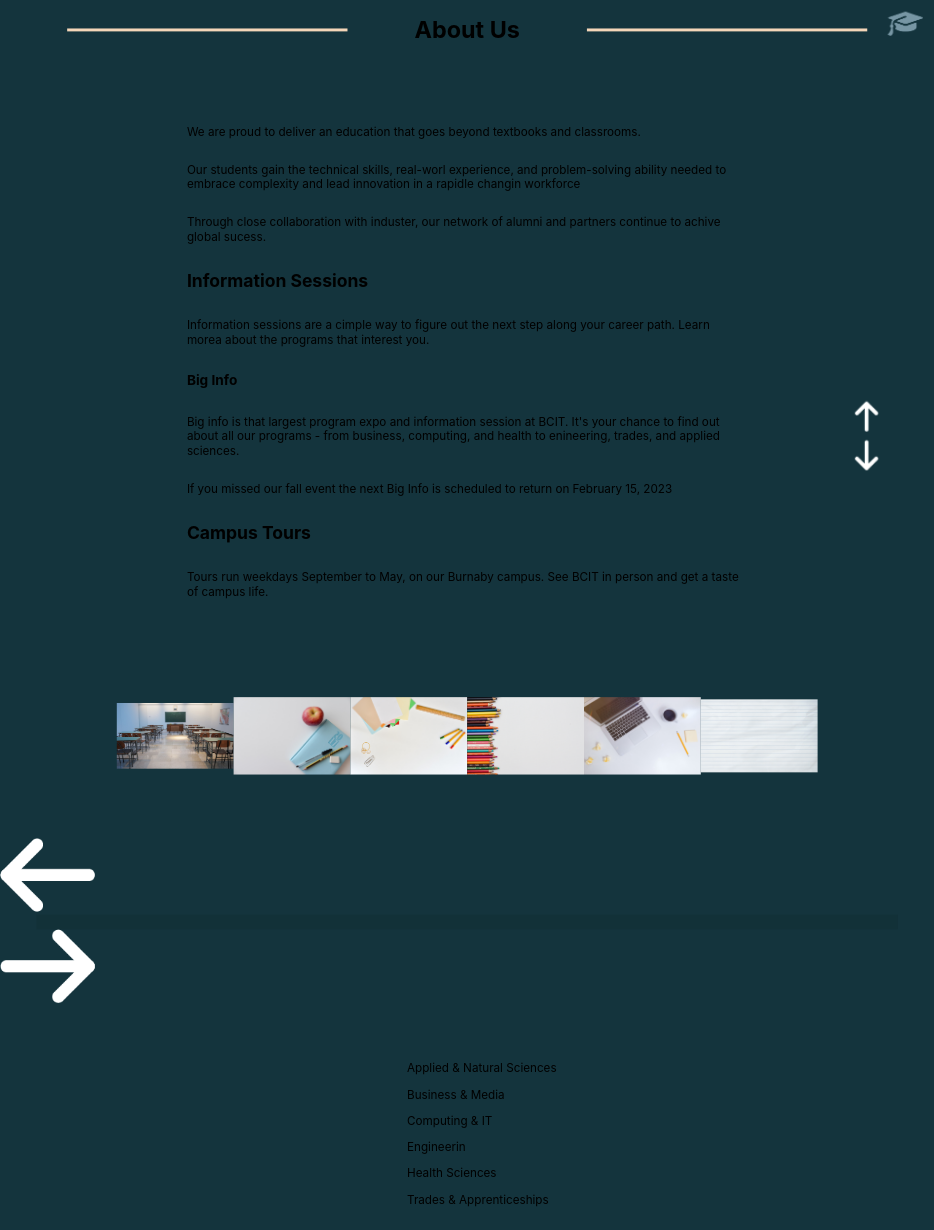
Repository: SaraShio/A01314209_Sara_Shiojima
Page: /about
The author's editor kept a copy of each file at every save. The page is drawn from the files as they stood at one save, then again after a run of saves.
The browser window is 1280 px wide. The pictures show the whole page, at 73% of full size.
The project was rebuilt for these pictures with package versions that can differ from the ones it lists, and the page was loaded fresh each time. The framework's server and built-in components were replaced by stand-ins that run in the browser. Also part of the build but not shown: next.config.js.

Above is the page before, as saved 2023-02-08 22:10:12.

### pages/_app.js
import '../styles/globals.css'
import '../styles/variables.css'


function MyApp({ Component, pageProps }) {
  return <Component {...pageProps} />
}

export default MyApp

### pages/about.js
import Head from 'next/head'
import Image from 'next/image'
import styles from '../styles/About.module.css'
import Link from 'next/link'
import Arrow from '../components/Arrow'
import Navbar from '../components/Navbar'

export default function About() {
    return (
        <>
            <head>
                <title>About Us</title>
                <meta name="author" content="MDIA 2109" />
                <meta property="og:title" content="Assignment #1 - About Us Page" />
                <meta property="og:description" content="BCIT Digital Design and Development Diploma" />
                <link rel="icon" href='/favicon.png' />
            </head>

            <main className={styles.main}>
                <Navbar/>
                <header>
                    <div className={styles.header}>
                        <hr className={styles.line}></hr>
                        <h1>About Us</h1>
                        <hr className={styles.line}></hr>
                    </div>
                </header>
                <div className={styles.information}>
                    <div><p>We are proud to deliver an education that goes beyond textbooks and classrooms.</p></div>
                    <div><p>Our students gain the technical skills, real-worl experience, and problem-solving ability needed to embrace complexity and lead innovation in a rapidle changin workforce</p></div>
                    <div><p>Through close collaboration with induster, our network of alumni and partners continue to achive global sucess. </p></div>

                    <div><h2  >Information Sessions</h2></div>
                    <div><p>Information sessions are a cimple way to figure out the next step along your career path. Learn morea about the programs that interest you.</p></div>
                    <div><h3  >Big Info</h3></div>
                    <div><p>Big info is that largest program expo and information session at BCIT. It's  your chance to find out about all our programs - from business, computing, and health to enineering, trades, and applied sciences.</p></div>
                    <div><p  >If you missed our fall event the next Big Info is scheduled to return on February 15, 2023</p></div>
                    <div><h2  >Campus Tours</h2></div>

                    <div><p>Tours run weekdays September to May, on our Burnaby campus. See BCIT in person and get a taste of campus life.</p></div>
                </div>

                <div id="carouselImage" className={styles.carouselImage}>
                    <img className={styles.carousel} src={"carousel-images/0.jpg"} />
                    <img className={styles.carousel} src={"carousel-images/1.jpg"} />
                    <img className={styles.carousel} src={"carousel-images/2.jpg"} />
                    <img className={styles.carousel} src={"carousel-images/3.jpg"} />
                    <img className={styles.carousel} src={"carousel-images/4.jpg"} />
                    <img className={styles.carousel} src={"carousel-images/5.jpg"} />
                </div>

                <div>
                    <img src={'icons/leftArrow.png'} />
                    <div id="testOnImageHere" className={styles.testOnImageHere}></div>
                    <img src={'icons/rightArrow.png'} />
                </div>


                <div className={styles.departments}>
                    <div className={styles.header}>
                        <hr className={styles.line}></hr>
                        <h1></h1>
                        <hr className={styles.line}></hr>
                    </div>
                    <ul className={styles.departmentName}>
                        <li>Applied & Natural Sciences</li>
                        <li>Business & Media</li>
                        <li>Computing & IT</li>
                        <li>Engineerin</li>
                        <li>Health Sciences</li>
                        <li>Trades & Apprenticeships</li>
                    </ul>
                </div>
                <Arrow page="About" />

            </main>
        </>
    )
}

### styles/variables.css
:root{
    --primary-color: #fff;
    --beige: #f4d6b9;
    --ternary-color: #7796A4;
    --teal: #14343d;
    --quinary-color: rgba(16,46,53,0.5);
    }

### styles/About.module.css
.main{
    background-color: var(--teal);
}

.carouselImage{
    height: 200px;
    background-repeat: no-repeat;
    background-size: cover;
    display: flex;
    justify-content: center;
    align-items: center;
    margin: 40px 0px;
}

.carousel{
width: 10rem;
}

.testOnImageHere{
    background-color: rgba(16, 46, 53, 0.5);
    padding: 10px;
    margin: 0px 50px;
}

.header{
display: flex;
justify-content: center;
align-items: center;
}

.line{
    width: 30%;
    height: 0.25rem;
    background-color: var(--beige);
    border: none;
}

.information{
    margin: 10vh 20vw;
    display: flex;
    justify-content: center;
    flex-direction: column;
}


.departments{
    display: flex;
    flex-direction: column;
    align-items: center;
    justify-content: center;
}

.departmentName>li{
    list-style: none;
    margin: 1rem;
}

### components/Arrow/index.js
import styles from './Arrow.module.css'

export default function Arrow({
    page = "home",
}) {
    return (

        page.toLowerCase() === "home" ?
            <div className={styles.arrow}><a><span><img src={'icons/downwardArrow.png'} /></span></a>
            </div> :
            page.toLowerCase() === "about" ?
                <div className={styles.arrow}><a><span><img src={'icons/upwardArrow.png'} /></span></a>
                    <a><span><img src={'icons/downwardArrow.png'} /></span></a>
                </div> :
                page.toLowerCase() === "contact" ?
                    <div className={styles.arrow}><a href="/about"><span><img src={'icons/upwardArrow.png'} /></span></a>
                    </div> :
                    <div className={styles.arrow}><a href="/"><span><img src={'icons/downwardArrow.png'} /></span></a>
                    </div>
    )
}

### components/Navbar/index.js
import styles from './Navbar.module.css'


export default function Navbar() {

    return (
        <>
            <nav className={styles.navbar}>
                <img className={styles.nav_icon} src={'icons/graduation-hat.png'}></img>
            </nav>
        </>
    )
}

### components/Arrow/Arrow.module.css
.arrow{
    bottom:10vh;
    right: 6vw;
    display: flex;
    flex-direction: column;
    position: fixed;
    gap: 0.5rem;
}


.arrow > a > span > img{
    width: 2rem;
}

### components/Navbar/Navbar.module.css
.navbar{
    display: flex;
    position: relative;
}

.nav_icon{
    width: 3rem;
    top: 1rem;
    right: 1rem;
    position: absolute;
}

Loaded but not shown: styles/globals.css (common file)

After the next 3 saves:
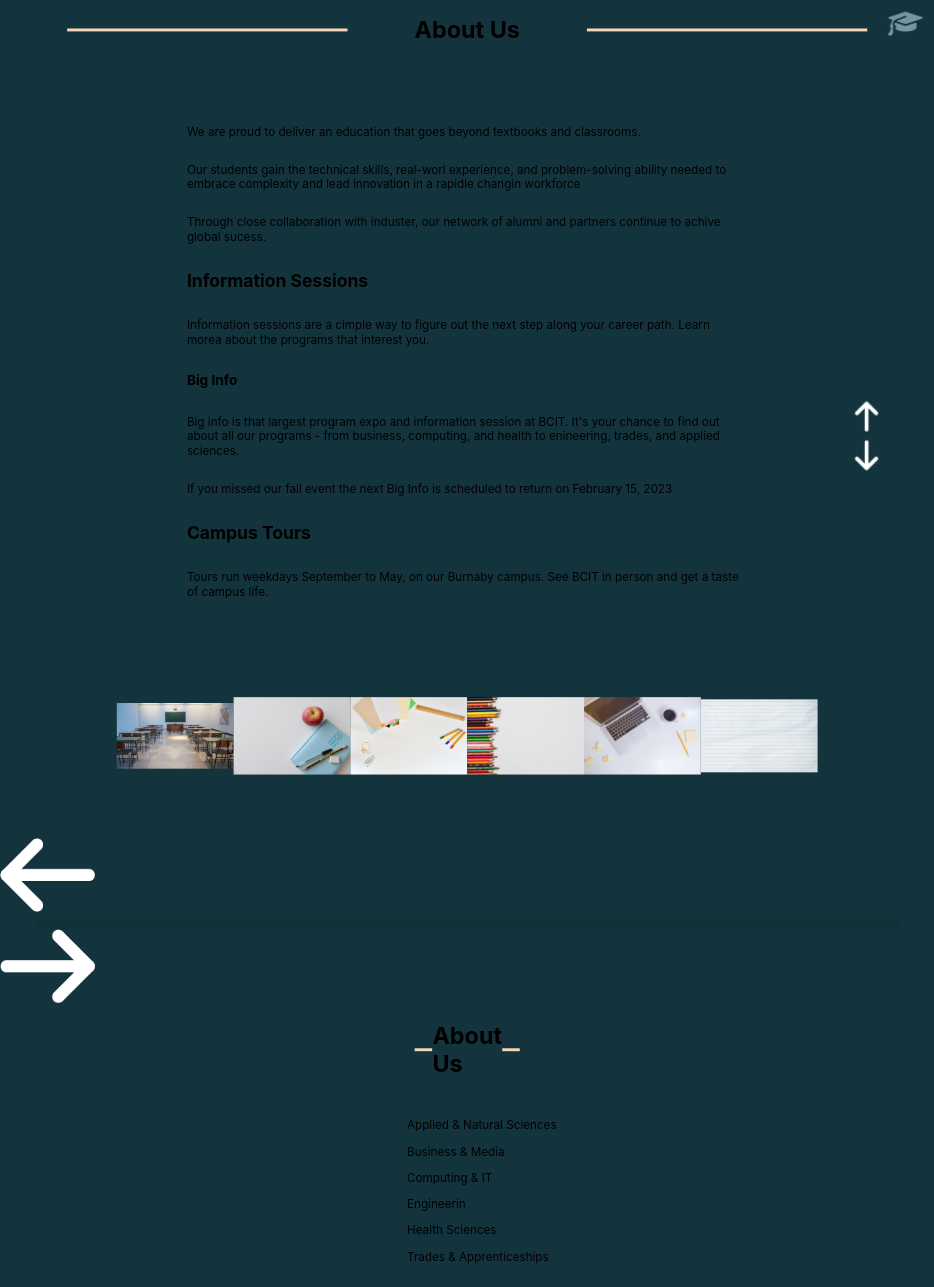
The 3 saves are shown as one change because they came seconds apart.
The last was saved 17 s later.
--- a/pages/about.js
+++ b/pages/about.js
@@ -57,9 +57,9 @@
 
 
                 <div className={styles.departments}>
-                    <div className={styles.header}>
+                <div className={styles.header}>
                         <hr className={styles.line}></hr>
-                        <h1></h1>
+                        <h1>About Us</h1>
                         <hr className={styles.line}></hr>
                     </div>
                     <ul className={styles.departmentName}>
